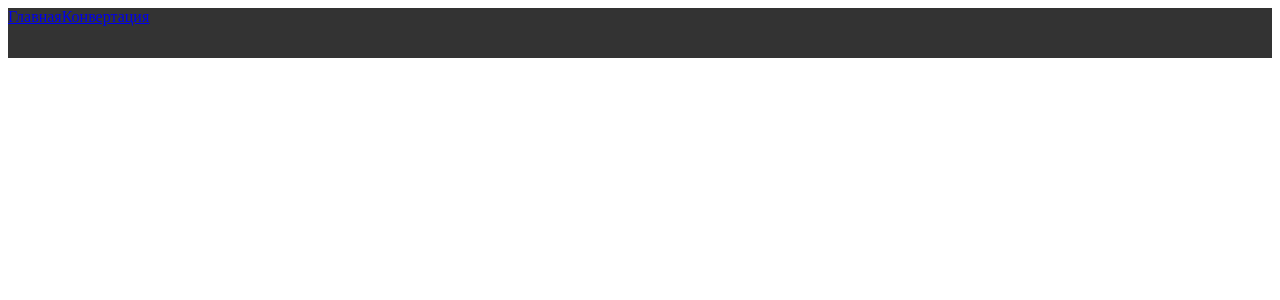
Repository: Friend689/vite-vue-currency-conversion
Page: /
These files come from the project's save history. The page is drawn as it stood at one moment and after the next save; the edit follows.
The browser window is 1280 px wide. The pictures show the whole page.
The page's requests for data from a server got no answer. The project was rebuilt for these pictures with package versions that can differ from the ones it lists, and the page was loaded fresh each time. No one was signed in, and anything a server would have sent is missing. Also part of the build but not shown: vite.config.js, src/style.css, src/views/Convert.vue.

Above is the page before, as saved 2024-09-03 18:48:14.

After the next save:
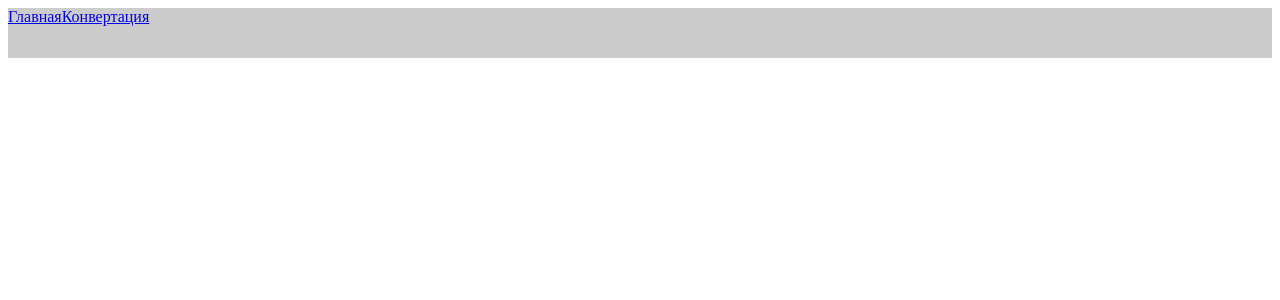
Saved 13 s later.
--- a/src/components/ui/Header.vue
+++ b/src/components/ui/Header.vue
@@ -10,6 +10,6 @@
 <style scoped>
 header {
   height: 50px;
-  background-color: #333;
+  background-color: #ccc;
 }
 </style>
